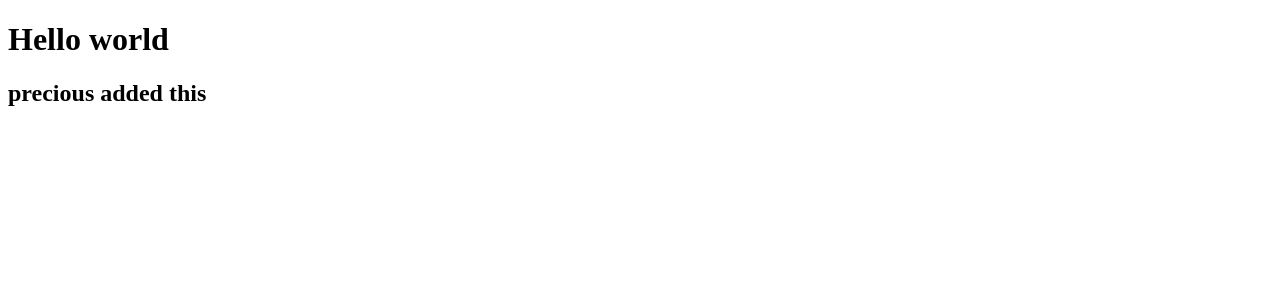
Repository: tronixafrica/testing
Page: index.html
An editor plug-in stored every save of this project. The page is shown before and after the next save, followed by the edit.
The browser window is 1280 px wide. The pictures show the whole page.

Above is the page before, as saved 2022-06-29 13:06:23.

### index.html
<!DOCTYPE html>
<html lang="en">
  <head>
    <meta charset="UTF-8" />
    <meta http-equiv="X-UA-Compatible" content="IE=edge" />
    <meta name="viewport" content="width=device-width, initial-scale=1.0" />
    <title>Document</title>
  </head>
  <body>
    <h1>Hello world</h1>
    <h2>precious added this</h2>
  </body>
</html>

After the next save:
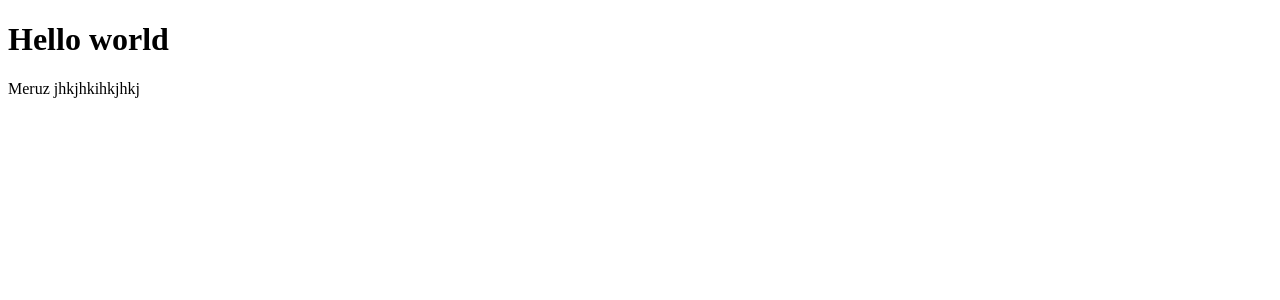
Saved 4 min 18 s later.
--- a/index.html
+++ b/index.html
@@ -8,6 +8,6 @@
   </head>
   <body>
     <h1>Hello world</h1>
-    <h2>precious added this</h2>
+    <div>Meruz jhkjhkihkjhkj</div>
   </body>
 </html>
